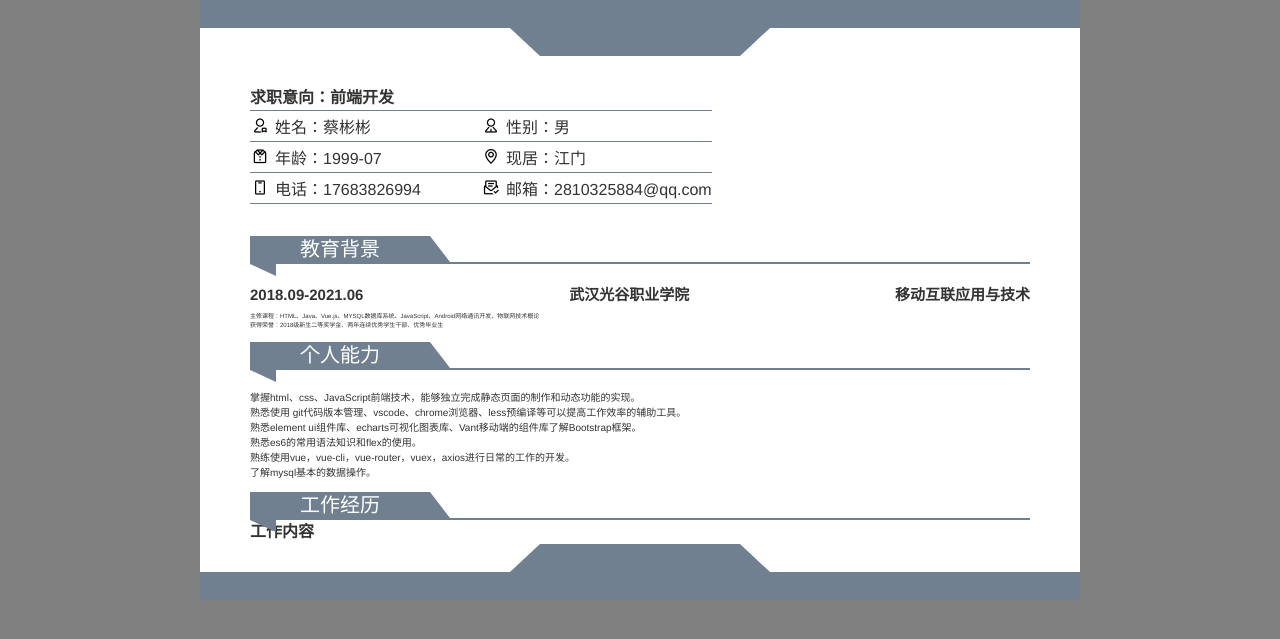
Repository: xiaobingezai/resume
Page: index.html
The author's editor kept a copy of each file at every save. The page is drawn from the files as they stood at one save, then again after the next save.
The browser window is 1280 px wide. The pictures show the whole page.

Above is the page before, as saved 2022-11-03 00:55:57.
Console error: TypeError: Cannot set properties of null (setting 'innerHTML')

### index.html
<!DOCTYPE html>
<html lang="en">

<head>
    <meta charset="UTF-8">
    <meta http-equiv="X-UA-Compatible" content="IE=edge">
    <meta name="viewport" content="width=device-width, initial-scale=1.0">
    <title>Document</title>
    <link rel="stylesheet" href="css/index.css">
    <link rel="stylesheet" href="./iconfont/iconfont.css">
</head>

<body>
    <div class="wrapper" id="zhengTi">
        <div class="tiXing1"></div>
        <div id="head">
            <!-- 个人信息 -->
            <div class="geRenXinXi">
                <ul>
                    <li><h4>求职意向：前端开发</h4></li>
                    <li><div></span><span class="iconfont icon-office-supplies"></span><span>姓名：蔡彬彬</span></div><div></span><span class="iconfont icon-bussiness-man"></span>性别：男<span></span></div></li>
                    <li><div></span><span class="iconfont icon-apparel"></span><span>年龄：1999-07</span></div><div></span><span class="iconfont icon-map"></span><span>现居：江门</span></div></li>
                    <li><div></span><span class="iconfont icon-mobile-phone"></span><span>电话：17683826994</span></div><div></span><span class="iconfont icon-tradealert"></span><span>邮箱：2810325884@qq.com</span></div></li>
                </ul>
            </div>
            <!-- 教育背景 -->
            <div id="content">
                    <div class="zhuangShiTuPian"><samp>教育背景</samp></div>
                    <p class="jiShu1"><span>2018.09-2021.06</span><span>武汉光谷职业学院</span><span>移动互联应用与技术</span></p>
                    <p>主修课程：HTML、Java、Vue.js、MYSQL数据库系统、JavaScript、Android网络通讯开发、物联网技术概论</p>
                    <p>获得荣誉：2018级新生二等奖学金、两年连续优秀学生干部、优秀毕业生</p>
            </div>
            <!-- 个人能力 -->
            <div id="tail">
                <div class="zhuangShiTuPian"><samp>个人能力</samp></div>
                <ul>
                    <li>掌握html、css、JavaScript前端技术，能够独立完成静态页面的制作和动态功能的实现。</li>
                    <li>熟悉使用 git代码版本管理、vscode、chrome浏览器、less预编译等可以提高工作效率的辅助工具。 </li>
                    <li>熟悉element ui组件库、echarts可视化图表库、Vant移动端的组件库了解Bootstrap框架。 </li>
                    <li>熟悉es6的常用语法知识和flex的使用。</li>
                    <li>熟练使用vue，vue-cli，vue-router，vuex，axios进行日常的工作的开发。</li>
                    <li>了解mysql基本的数据操作。</li>
                </ul>
            </div>
            <!-- 工作经历 -->
            <div class="gongZuoJingLi">
                <div class="zhuangShiTuPian"><samp>工作经历</samp></div>
                <div><span></span><span></span><span></span></div>
                <ul>
                    <h4>工作内容</h4>
                    <li></li>
                    <li></li>
                    <li></li>
                    <li></li>
                </ul>
            </div>
        </div>

        <!-- 底部 -->
        <div class="tiXing2"></div>
    </div>
    <script src="./js/index.js"></script>
</body>

</html>

### css/index.css
/* 清除默认样式的代码 */
/* 去除常见标签默认的 margin 和 padding */
body,
h1,
h2,
h3,
h4,
h5,
h6,
p,
ul,
ol,
li,
dl,
dt,
dd,
input {
    margin: 0;
    padding: 0;
}

/* 內减模式 */
* {
    box-sizing: border-box;
}

/* 设置网页统一的字体大小、行高、字体系列相关属性 */
body {
    font: 16px/1.5 "Helvetica Neue", Helvetica, Arial, "Microsoft Yahei",
        "Hiragino Sans GB", "Heiti SC", "WenQuanYi Micro Hei", sans-serif;
    color: #333;
}

/* 去除列表默认样式 */
ul,
ol {
    list-style: none;
}

/* 去除默认的倾斜效果 */
em,
i {
    font-style: normal;
}

/* 去除a标签默认下划线，并设置默认文字颜色 */
a {
    text-decoration: none;
    color: #333;
}

/* 设置img的垂直对齐方式为居中对齐，去除img默认下间隙 */
img {
    vertical-align: middle;
}

/* 去除input默认样式 */
input {
    border: none;
    outline: none;
    color: #333;
}

/* 左浮动 */
.fl {
    float: left;
}

/* 右浮动 */
.fr {
    float: right;
}

/* 双伪元素清除法 */
.clearfix::before,
.clearfix::after {
    content: "";
    display: table;
}

.clearfix::after {
    clear: both;
}

/* 版心居中 */
.wrapper {
    width: 880px;
    margin: 0 auto;
}

body{
    background-color: rgba(128, 128,128);
}
/* 装饰横条背景 */
.zhuangShiTuPian {
    position: relative;
    text-align: center;
    line-height: 30px;
    font-size: 20px;
    color: #fff;
    width: 780px;
    height: 40px;
    border-bottom: 2px solid #708090;
}
.zhuangShiTuPian::after {
    content: '';
    position: absolute;
    left: 0px;
    top: 40px;
    width: 0;
    height: 0;
    border-width: 0 26px 12px 0;
    border-style: solid;
    border-color: transparent #708090;
}
.zhuangShiTuPian samp {
    display: block;
    width: 200px;
    height: 0;
    padding-top: 12px;
    border-bottom: 26px solid #708090;
    border-right: 20px solid transparent;
}

/* 最外层的盒子的样式设置 */
#zhengTi {
    background-color: #fff;
    border-top: 28px solid #708090 ;
    border-bottom: 28px solid #708090 ;
}
#zhengTi .tiXing1 {
    width: 260px;
    height: 0;
    margin: 0 auto;
    border-top: 28px solid #708090;
    border-left: 30px solid transparent;
    border-right: 30px solid transparent;
}
#zhengTi .tiXing2 {
    width: 260px;
    height: 0;
    margin: 0 auto;
    border-bottom: 28px solid #708090;
    border-left: 30px solid transparent;
    border-right: 30px solid transparent;
}

/* head的区域 */
#zhengTi #head {
    margin-left: 50px;
    margin-right: 50px;
}
/* 个人信息 */
#zhengTi #head .geRenXinXi {
    margin-top: 30px;
}
#zhengTi #head .geRenXinXi li{
    width: 462px;
    border-bottom: 1px solid #708090;
}
#zhengTi #head .geRenXinXi li .iconfont {
    font-size: 20px;
    color: #000;
    margin-right: 5px;
}
#zhengTi #head .geRenXinXi li {
    display: flex;
}
#zhengTi #head .geRenXinXi li div {
    flex: 1;
}

/* 教育背景 */
#zhengTi #head #content {
    margin-top: 20px;
}
#zhengTi #head #content .jiShu1 {
    margin-top: 20px;
    margin-bottom: 5px;
    display: flex;
    justify-content: space-between;
    font-weight: 800;
    font-size: 15px;
}
#zhengTi #head #content p {
    font-size: 6px;
}

/* 个人能力 */
#zhengTi #head #tail ul {
    margin-top: 20px;
}
#zhengTi #head #tail ul li {
    font-size: 10px;
}

### iconfont/iconfont.css
@font-face {
  font-family: "iconfont"; /* Project id 3746240 */
  src: url('iconfont.woff2?t=1667411973755') format('woff2'),
       url('iconfont.woff?t=1667411973755') format('woff'),
       url('iconfont.ttf?t=1667411973755') format('truetype');
}

.iconfont {
  font-family: "iconfont" !important;
  font-size: 16px;
  font-style: normal;
  -webkit-font-smoothing: antialiased;
  -moz-osx-font-smoothing: grayscale;
}

.icon-Similarproducts:before {
  content: "\e766";
}

.icon-trust:before {
  content: "\e76b";
}

.icon-viewlist:before {
  content: "\e76d";
}

.icon-usercenter:before {
  content: "\e773";
}

.icon-bussiness-man:before {
  content: "\e6ef";
}

.icon-apparel:before {
  content: "\e743";
}

.icon-mobile-phone:before {
  content: "\e759";
}

.icon-map:before {
  content: "\e758";
}

.icon-office-supplies:before {
  content: "\e75a";
}

.icon-tradealert:before {
  content: "\e76a";
}

### js/index.js
let daoJiShi = document.querySelector('.daoJiShi');
            shiJian();
            function shiJian() {
                let time = new Date();
                let nian = time.getFullYear();
                let yue = time.getMonth();
                let ri = time.getDate();
                let h = time.getHours();
                let m = time.getMinutes();
                let s = time.getSeconds();
                let dangQianShiJian = '现在时间是：' + +nian + '年' + (yue + 1) + '月' + ri + '日' + h + '小时' + m + '分钟' + s + '秒' +
                    '。';
                daoJiShi.innerHTML = dangQianShiJian;
            }
            setInterval('shiJian()', 1000);

After the next save:
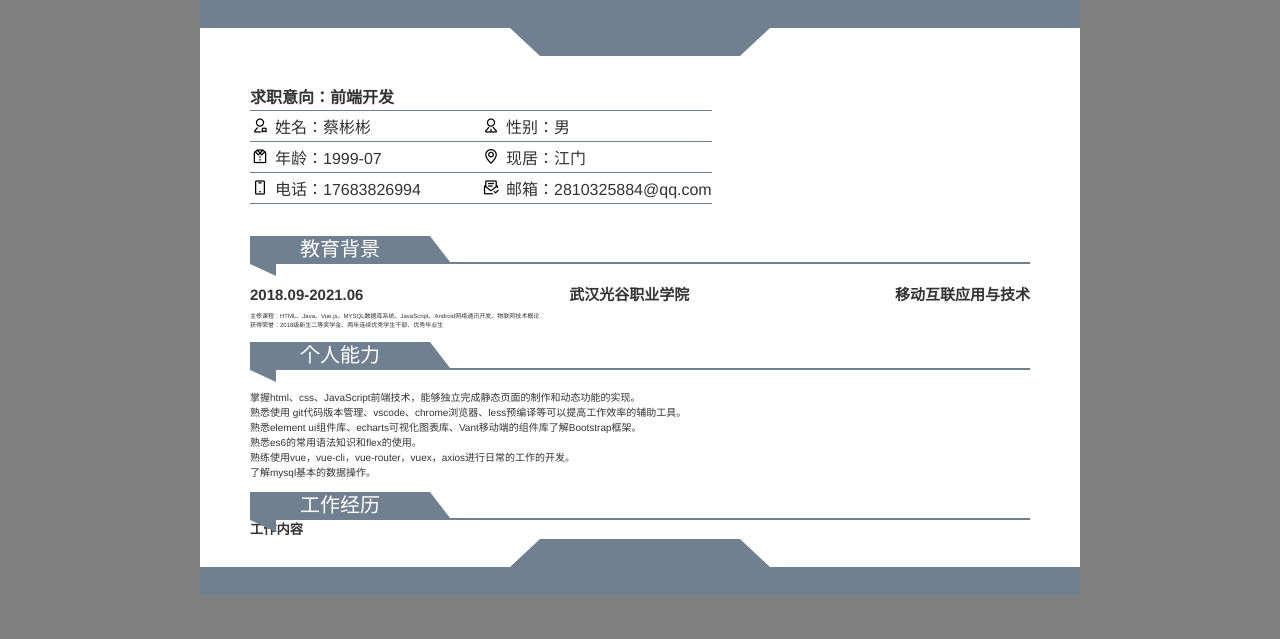
Saved 8 s later.
--- a/index.html
+++ b/index.html
@@ -47,7 +47,7 @@
                 <div class="zhuangShiTuPian"><samp>工作经历</samp></div>
                 <div><span></span><span></span><span></span></div>
                 <ul>
-                    <h4>工作内容</h4>
+                    <h5>工作内容</h5>
                     <li></li>
                     <li></li>
                     <li></li>
